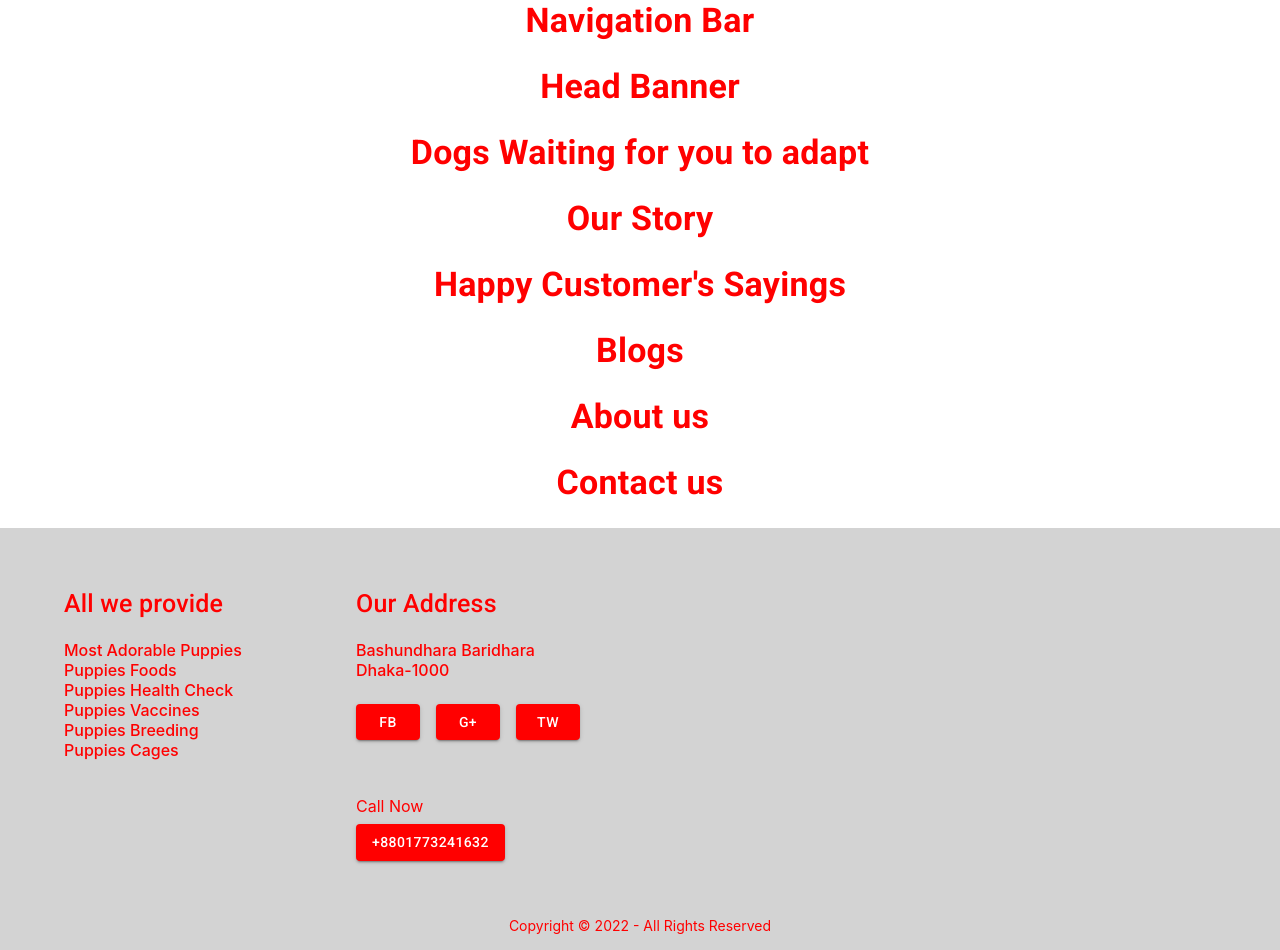
Repository: Sharif-00112/dogos-paradise-client
Page: /
An editor plug-in stored every save of this project. The page is shown before and after the next save, followed by the edit.
The browser window is 1280 px wide. The pictures show the whole page.
The page's requests for data from a server got no answer. The project was rebuilt for these pictures with package versions that can differ from the ones it lists, and the page was loaded fresh each time. Some packages were replaced by stand-ins written for this rebuild. No one was signed in, and anything a server would have sent is missing. Also part of the build but not shown: src/Pages/Login/Login/Login.js, src/Pages/Login/Register/Register.js, src/Pages/NotFound/NotFound.js.

Above is the page before, as saved 2022-11-30 22:52:34.

After the next save:
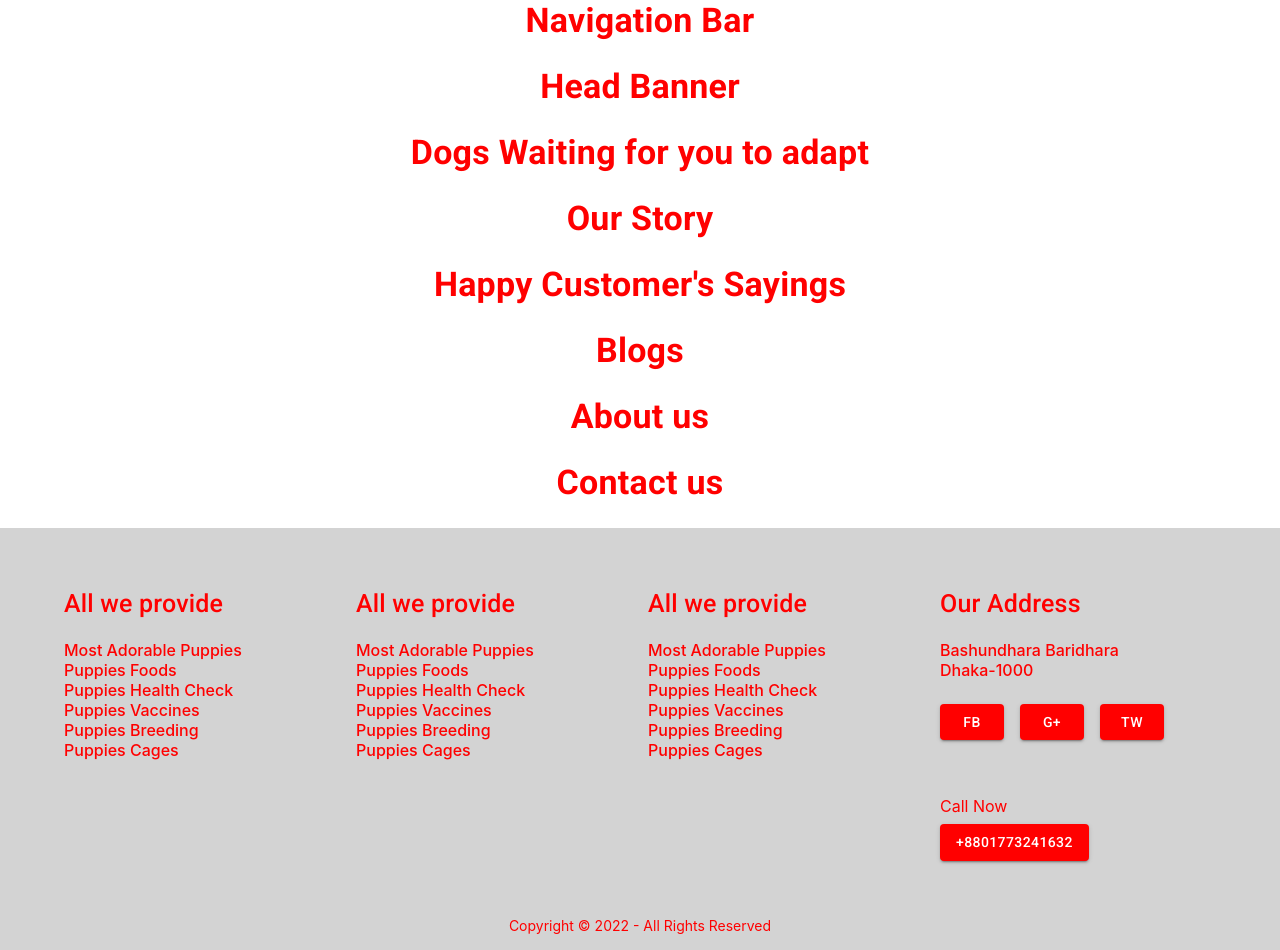
Saved 35 s later.
--- a/src/Pages/Shared/Footer/Footer.js
+++ b/src/Pages/Shared/Footer/Footer.js
@@ -13,6 +13,86 @@ const Footer = () => {
         <Container sx={{ py: 5, px:10 }}>
             <Box sx={{ flexGrow: 1 }}>
                 <Grid container spacing={2}>
+                    <Grid item style={{ textAlign: 'left'}} xs={6} md={3}>
+                        <Typography sx={{ my:2, fontSize: 18, fontWeight: 600 }} style={{color: 'red', fontWeight: 500, fontSize: 25 }} variant="h6" component="div">
+                            All we provide
+                        </Typography>
+                        <Link
+                            style={{ textDecoration:'none', color: 'red', fontWeight: 500, fontSize: 16 }}
+                            to = '/emergencyDentalCare'>
+                                Most Adorable Puppies
+                        </Link>
+                        <br />
+                        <Link
+                            style={{ textDecoration:'none', color: 'red', fontWeight: 500, fontSize: 16 }}
+                            to = '/checkUp'>
+                                Puppies Foods
+                        </Link>
+                        <br />
+                        <Link
+                            style={{ textDecoration:'none', color: 'red', fontWeight: 500, fontSize: 16 }}
+                            to = '/checkUp'>
+                                Puppies Health Check
+                        </Link>
+                        <br />
+                        <Link
+                            style={{ textDecoration:'none', color: 'red', fontWeight: 500, fontSize: 16 }}
+                            to = '/checkUp'>
+                                Puppies Vaccines
+                        </Link>
+                        <br />
+                        <Link
+                            style={{ textDecoration:'none', color: 'red', fontWeight: 500, fontSize: 16 }}
+                            to = '/checkUp'>
+                                Puppies Breeding
+                        </Link>
+                        <br />
+                        <Link
+                            style={{ textDecoration:'none', color: 'red', fontWeight: 500, fontSize: 16 }}
+                            to = '/checkUp'>
+                                Puppies Cages
+                        </Link>
+                    </Grid>
+                    <Grid item style={{ textAlign: 'left'}} xs={6} md={3}>
+                        <Typography sx={{ my:2, fontSize: 18, fontWeight: 600 }} style={{color: 'red', fontWeight: 500, fontSize: 25 }} variant="h6" component="div">
+                            All we provide
+                        </Typography>
+                        <Link
+                            style={{ textDecoration:'none', color: 'red', fontWeight: 500, fontSize: 16 }}
+                            to = '/emergencyDentalCare'>
+                                Most Adorable Puppies
+                        </Link>
+                        <br />
+                        <Link
+                            style={{ textDecoration:'none', color: 'red', fontWeight: 500, fontSize: 16 }}
+                            to = '/checkUp'>
+                                Puppies Foods
+                        </Link>
+                        <br />
+                        <Link
+                            style={{ textDecoration:'none', color: 'red', fontWeight: 500, fontSize: 16 }}
+                            to = '/checkUp'>
+                                Puppies Health Check
+                        </Link>
+                        <br />
+                        <Link
+                            style={{ textDecoration:'none', color: 'red', fontWeight: 500, fontSize: 16 }}
+                            to = '/checkUp'>
+                                Puppies Vaccines
+                        </Link>
+                        <br />
+                        <Link
+                            style={{ textDecoration:'none', color: 'red', fontWeight: 500, fontSize: 16 }}
+                            to = '/checkUp'>
+                                Puppies Breeding
+                        </Link>
+                        <br />
+                        <Link
+                            style={{ textDecoration:'none', color: 'red', fontWeight: 500, fontSize: 16 }}
+                            to = '/checkUp'>
+                                Puppies Cages
+                        </Link>
+                    </Grid>
                     <Grid item style={{ textAlign: 'left'}} xs={6} md={3}>
                         <Typography sx={{ my:2, fontSize: 18, fontWeight: 600 }} style={{color: 'red', fontWeight: 500, fontSize: 25 }} variant="h6" component="div">
                             All we provide
